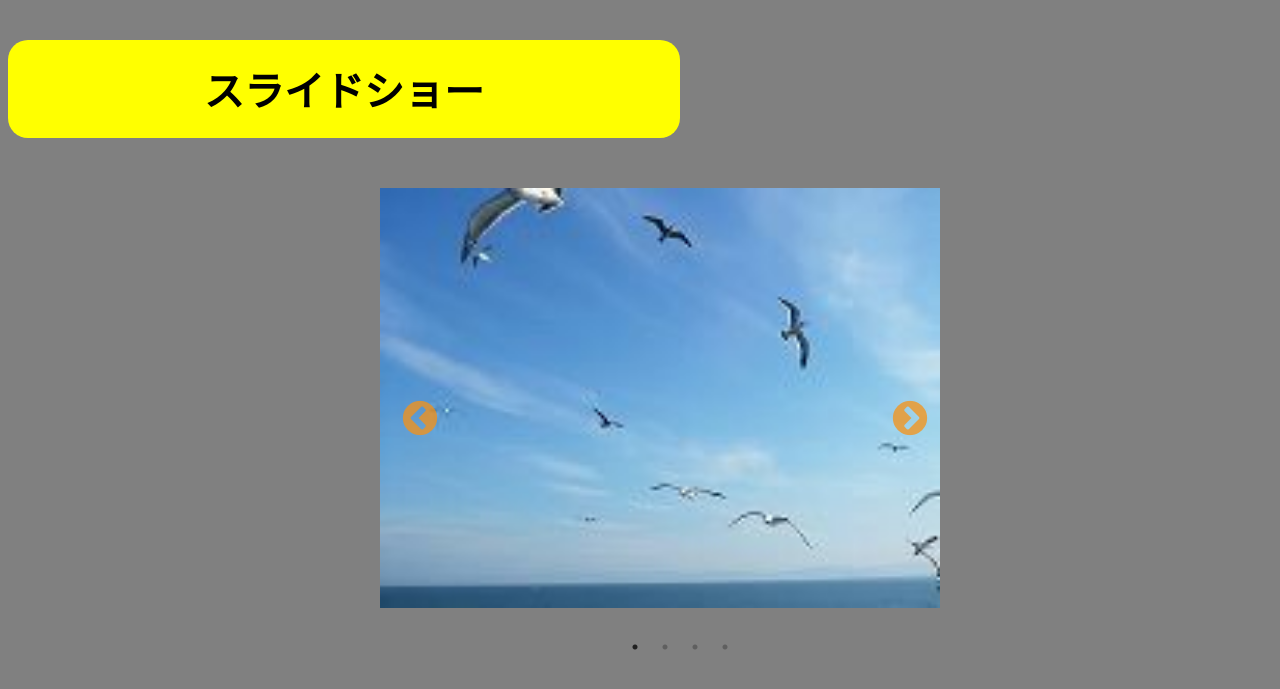
Repository: uemura-15/slideShow
Page: contents/index.html
The author's editor kept a record of every edit. The page is drawn from the files as they stood at one moment, then again after the next edit.
The browser window is 1280 px wide. The pictures show the whole page.

Above is the page before.

After the next edit:
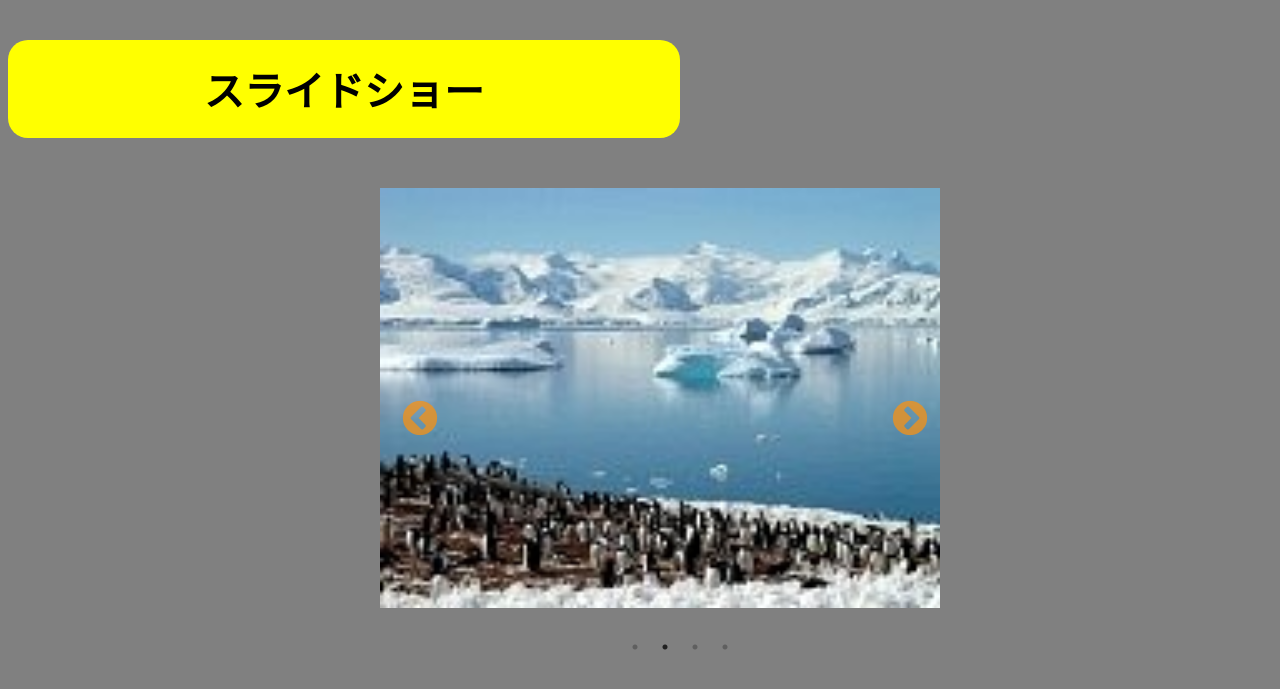
The edit:
--- a/contents/index.html
+++ b/contents/index.html
@@ -23,9 +23,11 @@
        <script>
            $(document).ready(function(){
             $('.slider').slick({
-                dots: true
-
-  });
+                dots: true,
+                autoplay: true,
+                autoplaySpeed: 4000,
+                speed: 500
+                });
 });
 
 
